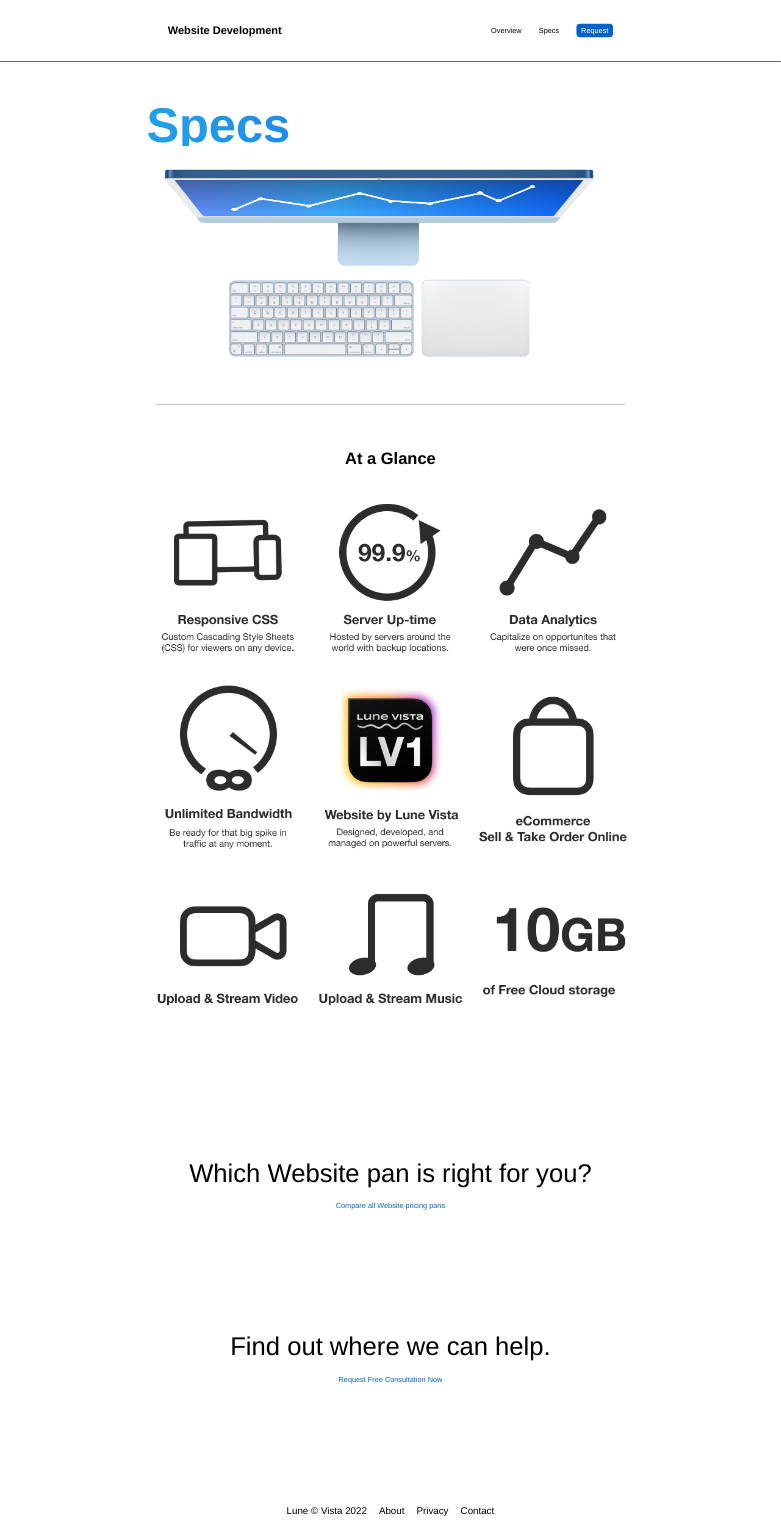
Repository: yoItsTyler/templates
Page: /specs
An editor plug-in stored every save of this project. The page is shown before and after the next save, followed by the edit.
The browser window is 1280 px wide. The pictures show the whole page, at 61% of full size.
Some web fonts or font styles are not loaded; a fallback is used. The project was rebuilt for these pictures with package versions that can differ from the ones it lists, and the page was loaded fresh each time. Also part of the build but not shown: src/components/Home/styles.module.css, src/components/Navbar/styles.module.css, src/components/Navbar/Navbar.js, src/components/NavbarMobile/styles.module.css, src/components/NavbarMobile/NavbarMobile.js, src/components/Home/Home.js, src/components/Web/styles.module.css, src/components/Web/Web.js.

Above is the page before, as saved 2022-11-17 14:42:22.

After the next save:
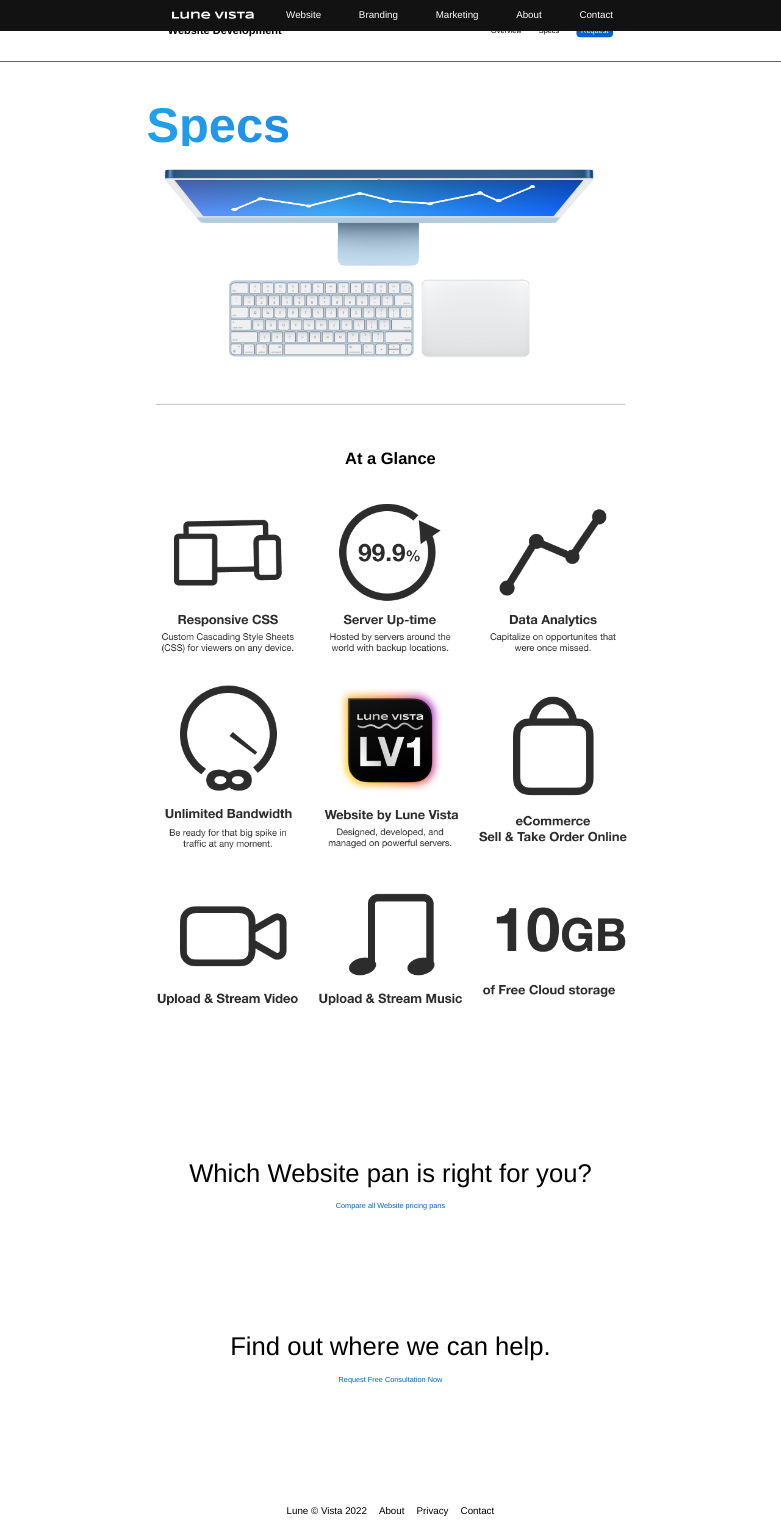
Saved 4 s later.
--- a/src/components/NavbarWeb/styles.module.css
+++ b/src/components/NavbarWeb/styles.module.css
@@ -7,7 +7,7 @@
     background-color: hsl(0, 0%, 7%);
     position: absolute;
     display: flex;
-    z-index: 1;
+    z-index: 2;
     justify-content: center;
 
 
